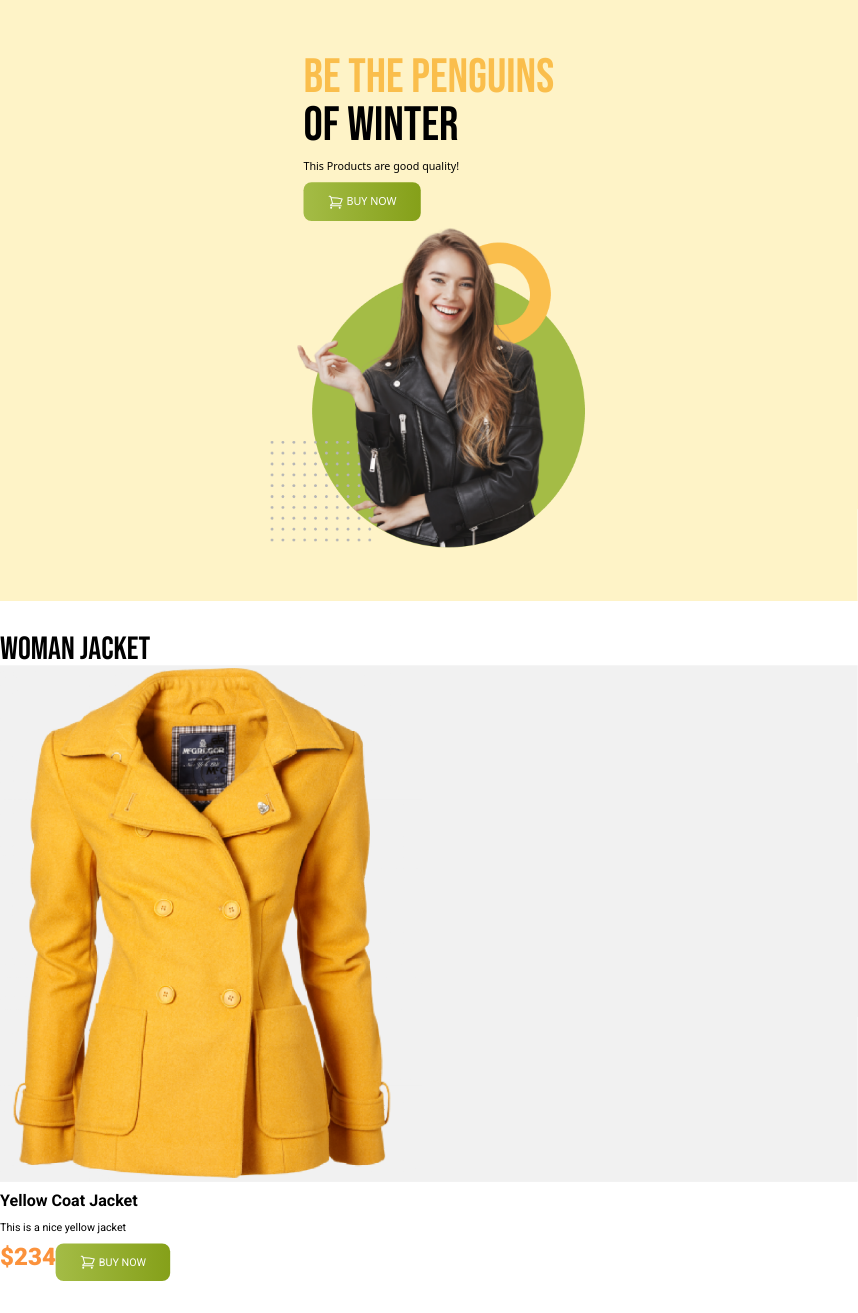
Repository: SyeadaSakina/Penguins-fashion
Page: index.html
The author's editor kept a copy of each file at every save. The page is drawn from the files as they stood at one save, then again after the next save.
The browser window is 1280 px wide. The pictures show the whole page, at 67% of full size.
Some web libraries are served in a nearby version.

Above is the page before, as saved 2023-07-22 14:46:24.

After the next save:
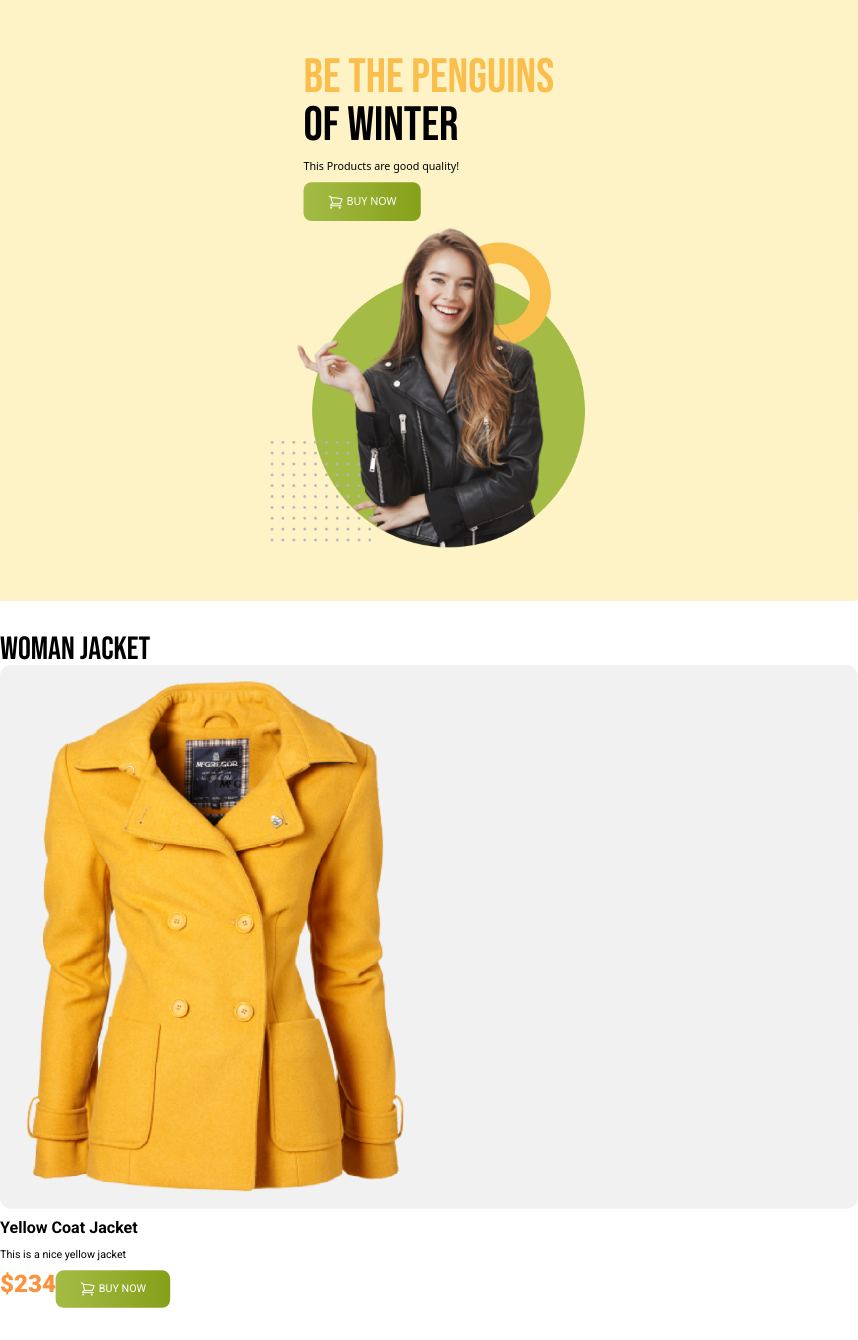
Saved 113 s later.
--- a/index.html
+++ b/index.html
@@ -65,7 +65,7 @@
             <div class="font-roboto">
                 <!-- jacket 1 -->
                 <div class="space-y-3">
-                    <div class="bg-[#F1F1F1]">
+                    <div class="bg-[#F1F1F1] p-5 rounded-2xl">
                         <img src="images/jacket-1.png" alt="Image Jacket 1">
                     </div>
                     <h4 class="text-2xl font-bold">Yellow Coat Jacket</h4>
